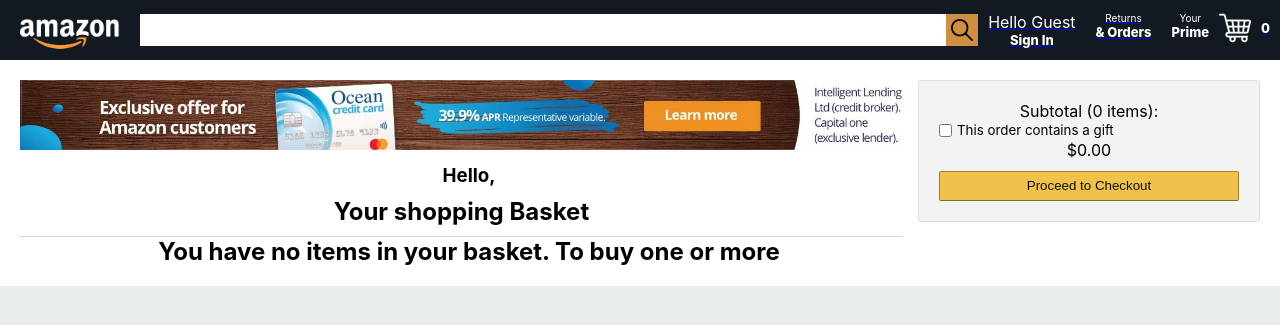
Repository: abdulrahmanmahmood/amazon-clone
Page: /checkout
An editor plug-in stored every save of this project. The page is shown before and after a run of saves, followed by the edit.
The browser window is 1280 px wide. The pictures show the whole page.
The page's requests for data from a server got no answer. The project was rebuilt for these pictures with package versions that can differ from the ones it lists, and the page was loaded fresh each time. No one was signed in, and anything a server would have sent is missing. Also part of the build but not shown: src/components/login.css, src/components/Login.js, src/components/Product.css, src/components/Product.js, src/components/Home.css, src/components/Home.js, src/components/CheckoutProduct.css, src/components/CheckoutProduct.js.

Above is the page before, as saved 2023-08-27 00:57:17.

After the next 4 saves:
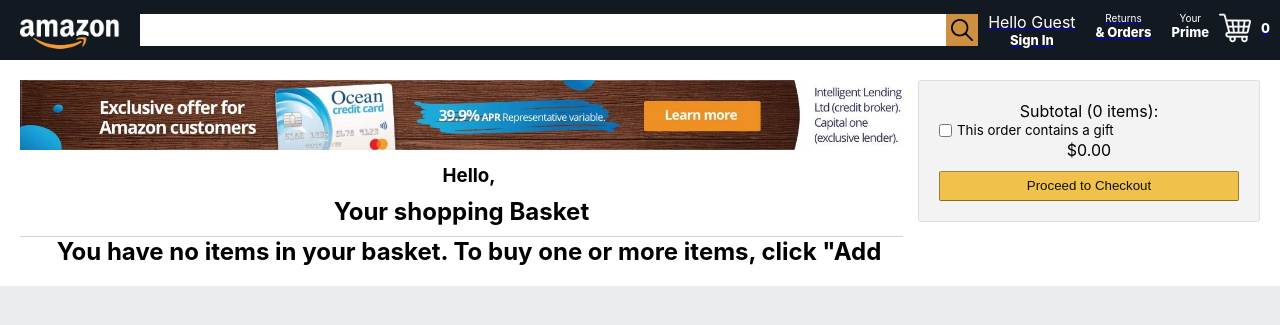
The 4 saves are shown as one change because they came seconds apart.
The last was saved 11 s later.
--- a/src/components/Checkout.js
+++ b/src/components/Checkout.js
@@ -27,7 +27,7 @@
               rating={item.rating}
               image={item.image}
             />
-          )):<h2>You have no items in your basket. To buy one or more </h2>
+          )):<h2>You have no items in your basket. To buy one or more items, click "Add</h2>
         }
         </div>
       </div>
